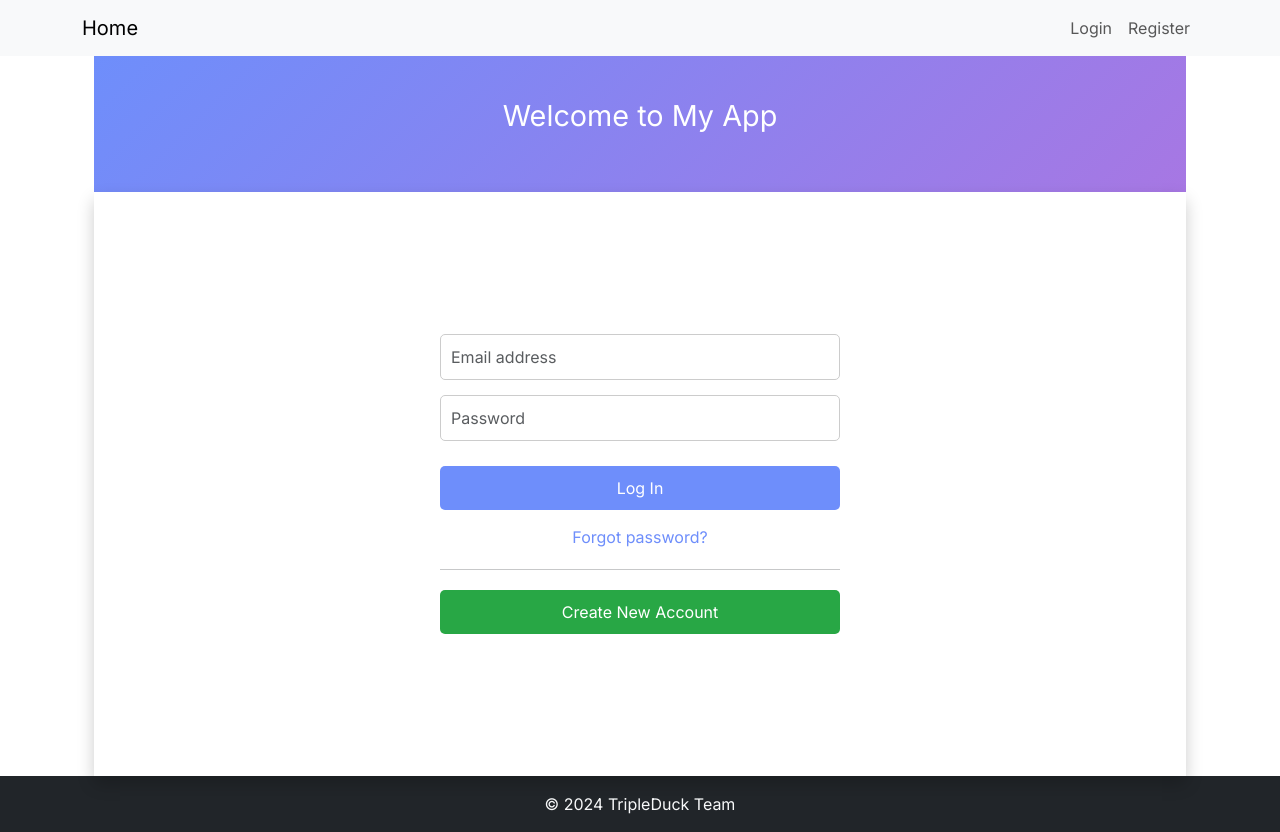
Repository: tdphong1293/KHDL01_DemoWebKafka
Page: /auth/login (app in Frontend_Client/)
These files come from the project's save history. The page is drawn as it stood at one moment and after a run of saves; the edit follows.
The browser window is 1280 px wide. The pictures show the whole page.
The project was rebuilt for these pictures with package versions that can differ from the ones it lists, and the page was loaded fresh each time. The framework's server and built-in components were replaced by stand-ins that run in the browser. Also part of the build but not shown: Frontend_Client/next.config.mjs.

Above is the page before, as saved 2024-07-22 15:34:21.

### Frontend_Client/src/app/layout.tsx
import type { Metadata } from "next";
import { Inter } from "next/font/google";
import 'bootstrap/dist/css/bootstrap.min.css';
// import "@/styles/globals.css";
import Header from "@/components/header";
import Footer from "@/components/footer";
import { Container } from "react-bootstrap";
import { ToastContainer } from 'react-toastify';
import 'react-toastify/dist/ReactToastify.css';

const inter = Inter({ subsets: ["latin"] });

export const metadata: Metadata = {
    title: "Create Next App",
    description: "Generated by create next app",
};

export default function RootLayout({
    children,
}: Readonly<{
    children: React.ReactNode;
}>) {
    return (
        <html lang="en">
            <body className={inter.className}>
                <Header />
                <Container>
                    {children}
                </Container>
                <Footer />
                <ToastContainer />
            </body>
        </html>
    );
}

### Frontend_Client/src/app/auth/login/page.tsx
// src/app/auth/login/page.tsx
'use client';

import { FC } from 'react';
import { Form, Button } from 'react-bootstrap';
import ClientLayout from '@/components/clientLayout';
import styles from '../../../styles/page.module.css';

const Login: FC = () => {
  const handleSubmit = (event: React.FormEvent<HTMLFormElement>) => {
    event.preventDefault();
    // Xử lý logic đăng nhập ở đây
  };

  return (
    <ClientLayout>
      <div className={styles.loginContainer}>
        <div className={styles.topPanel}>
          <p className={`${styles.description} ${styles.brand}`}>Welcome to My App</p>
        </div>
        <div className={styles.bottomPanel}>
          <Form onSubmit={handleSubmit} className={styles.loginForm}>
            <Form.Group controlId="formBasicEmail" className={styles.formGroup}>
              <Form.Control type="email" placeholder="Email address" required className={styles.input} />
            </Form.Group>

            <Form.Group controlId="formBasicPassword" className={styles.formGroup}>
              <Form.Control type="password" placeholder="Password" required className={styles.input} />
            </Form.Group>

            <Button variant="primary" type="submit" className={styles.loginButton}>
              Log In
            </Button>

            <div className={styles.forgotPassword}>
              <a href="#">Forgot password?</a>
            </div>

            <hr className={styles.separator} />

            <Button variant="success" className={styles.createAccountButton}>
              Create New Account
            </Button>
          </Form>
        </div>
      </div>
    </ClientLayout>
  );
};

export default Login;

### Frontend_Client/src/components/header.tsx
'use client'

import Container from 'react-bootstrap/Container';
import Nav from 'react-bootstrap/Nav';
import Navbar from 'react-bootstrap/Navbar';
import Link from "next/link";

function Header() {
    return (
        <Navbar expand="lg" className="bg-body-tertiary">
            <Container>
                <Navbar.Brand>
                    <Link href={"/"} className="navbar-brand">Home</Link>
                </Navbar.Brand>
                <Navbar.Toggle aria-controls="basic-navbar-nav" />
                <Navbar.Collapse id="basic-navbar-nav">
                    <Nav className="me-auto">
                        {/* Các liên kết khác nếu có */}
                    </Nav>
                    <Nav className="ms-auto"> {/* Đặt các liên kết ở góc phải */}
                        <Nav.Item>
                            <Link href={"/auth/login"} className="nav-link">Login</Link>
                        </Nav.Item>
                        <Nav.Item>
                            <Link href={"/auth/register"} className="nav-link">Register</Link>
                        </Nav.Item>
                    </Nav>
                </Navbar.Collapse>
            </Container>
        </Navbar>
    );
}

export default Header;

### Frontend_Client/src/components/footer.tsx
'use client'
export default function Footer() {
    return (
        <footer className="bg-dark text-light py-3" style={{ display: 'flex', alignItems: 'center', justifyContent: 'center' }}>
            &copy; 2024 TripleDuck Team
        </footer>
    );
};

### Frontend_Client/src/components/clientLayout.tsx
// src/components/ClientLayout.tsx
'use client';

import { Container } from 'react-bootstrap';
import Header from './header';
import Footer from './footer';
import { ReactNode } from 'react';

export default function ClientLayout({ children }: { children: ReactNode }) {
  return (
    <>
      <Container>
        {children}
      </Container>
    </>
  );
}

### Frontend_Client/src/styles/page.module.css
.main {
  display: flex;
  flex-direction: column;
  justify-content: space-between;
  align-items: center;
  padding: 6rem;
  min-height: 100vh;
}

.description {
  display: inherit;
  justify-content: inherit;
  align-items: inherit;
  font-size: 0.85rem;
  max-width: var(--max-width);
  width: 100%;
  z-index: 2;
  font-family: var(--font-mono);
}

.description a {
  display: flex;
  justify-content: center;
  align-items: center;
  gap: 0.5rem;
}

.description p {
  position: relative;
  margin: 0;
  padding: 1rem;
  background-color: rgba(var(--callout-rgb), 0.5);
  border: 1px solid rgba(var(--callout-border-rgb), 0.3);
  border-radius: var(--border-radius);
}

.code {
  font-weight: 700;
  font-family: var(--font-mono);
}

.grid {
  display: grid;
  grid-template-columns: repeat(4, minmax(25%, auto));
  max-width: 100%;
  width: var(--max-width);
}

.card {
  padding: 1rem 1.2rem;
  border-radius: var(--border-radius);
  background: rgba(var(--card-rgb), 0);
  border: 1px solid rgba(var(--card-border-rgb), 0);
  transition: background 200ms, border 200ms;
}

.card span {
  display: inline-block;
  transition: transform 200ms;
}

.card h2 {
  font-weight: 600;
  margin-bottom: 0.7rem;
}

.card p {
  margin: 0;
  opacity: 0.6;
  font-size: 0.9rem;
  line-height: 1.5;
  max-width: 30ch;
  text-wrap: balance;
}

.center {
  display: flex;
  justify-content: center;
  align-items: center;
  position: relative;
  padding: 4rem 0;
}

.center::before {
  background: var(--secondary-glow);
  border-radius: 50%;
  width: 480px;
  height: 360px;
  margin-left: -400px;
}

.center::after {
  background: var(--primary-glow);
  width: 240px;
  height: 180px;
  z-index: -1;
}

.center::before,
.center::after {
  content: "";
  left: 50%;
  position: absolute;
  filter: blur(45px);
  transform: translateZ(0);
}

.logo {
  position: relative;
}
/* Enable hover only on non-touch devices */
@media (hover: hover) and (pointer: fine) {
  .card:hover {
    background: rgba(var(--card-rgb), 0.1);
    border: 1px solid rgba(var(--card-border-rgb), 0.15);
  }

  .card:hover span {
    transform: translateX(4px);
  }
}

@media (prefers-reduced-motion) {
  .card:hover span {
    transform: none;
  }
}

/* Mobile */
@media (max-width: 700px) {
  .content {
    padding: 4rem;
  }

  .grid {
    grid-template-columns: 1fr;
    margin-bottom: 120px;
    max-width: 320px;
    text-align: center;
  }

  .card {
    padding: 1rem 2.5rem;
  }

  .card h2 {
    margin-bottom: 0.5rem;
  }

  .center {
    padding: 8rem 0 6rem;
  }

  .center::before {
    transform: none;
    height: 300px;
  }

  .description {
    font-size: 0.8rem;
  }

  .description a {
    padding: 1rem;
  }

  .description p,
  .description div {
    display: flex;
    justify-content: center;
    position: fixed;
    width: 100%;
  }

  .description p {
    align-items: center;
    inset: 0 0 auto;
    padding: 2rem 1rem 1.4rem;
    border-radius: 0;
    border: none;
    border-bottom: 1px solid rgba(var(--callout-border-rgb), 0.25);
    background: linear-gradient(
      to bottom,
      rgba(var(--background-start-rgb), 1),
      rgba(var(--callout-rgb), 0.5)
    );
    background-clip: padding-box;
    backdrop-filter: blur(24px);
  }

  .description div {
    align-items: flex-end;
    pointer-events: none;
    inset: auto 0 0;
    padding: 2rem;
    height: 200px;
    background: linear-gradient(
      to bottom,
      transparent 0%,
      rgb(var(--background-end-rgb)) 40%
    );
    z-index: 1;
  }
}

/* Tablet and Smaller Desktop */
@media (min-width: 701px) and (max-width: 1120px) {
  .grid {
    grid-template-columns: repeat(2, 50%);
  }
}

@media (prefers-color-scheme: dark) {
  .vercelLogo {
    filter: invert(1);
  }

  .logo {
    filter: invert(1) drop-shadow(0 0 0.3rem #ffffff70);
  }
}

@keyframes rotate {
  from {
    transform: rotate(360deg);
  }
  to {
    transform: rotate(0deg);
  }
}

/*Login*/
.loginContainer {
  display: flex;
  flex-direction: column;
  height: 100vh;
}

.topPanel {
  flex: 0.15;
  display: flex;
  align-items: center;
  justify-content: center;
  background: linear-gradient(135deg, #6e8efb, #a777e3);
  color: white;
  text-align: center;
  padding: 20px;
}

.bottomPanel {
  flex: 0.85;
  display: flex;
  align-items: center;
  justify-content: center;
  background: rgba(255, 255, 255, 0.8);
  box-shadow: 0 8px 16px rgba(0, 0, 0, 0.2);
  padding: 20px;
}

.brand {
  font-size: 2.5rem;
  /* margin-bottom: 20px; */
  animation: fadeInDown 1s ease-in-out;
}

.description {
  font-size: 1.8rem;
  /* margin-bottom: 40px; */
}

.loginForm {
  width: 100%;
  max-width: 400px;
  animation: fadeInUp 1s ease-in-out;
}

.formGroup {
  margin-bottom: 15px;
}

.input {
  padding: 10px;
  border-radius: 5px;
  border: 1px solid #ccc;
  transition: border-color 0.3s ease;
}

.input:focus {
  border-color: #6e8efb;
  outline: none;
}

.loginButton {
  width: 100%;
  padding: 10px;
  margin-top: 10px;
  background-color: #6e8efb;
  border: none;
  border-radius: 5px;
  transition: background-color 0.3s ease;
}

.loginButton:hover {
  background-color: #a777e3;
}

.forgotPassword {
  text-align: center;
  margin-top: 15px;
}

.forgotPassword a {
  color: #6e8efb;
  text-decoration: none;
  transition: color 0.3s ease;
}

.forgotPassword a:hover {
  color: #a777e3;
}

.separator {
  margin: 20px 0;
}

.createAccountButton {
  width: 100%;
  padding: 10px;
  background-color: #28a745;
  border: none;
  border-radius: 5px;
  transition: background-color 0.3s ease;
}

.createAccountButton:hover {
  background-color: #218838;
}

@keyframes fadeInDown {
  0% {
    opacity: 0;
    transform: translateY(-20px);
  }
  100% {
    opacity: 1;
    transform: translateY(0);
  }
}

@keyframes fadeInUp {
  0% {
    opacity: 0;
    transform: translateY(20px);
  }
  100% {
    opacity: 1;
    transform: translateY(0);
  }
}

After the next 3 saves:
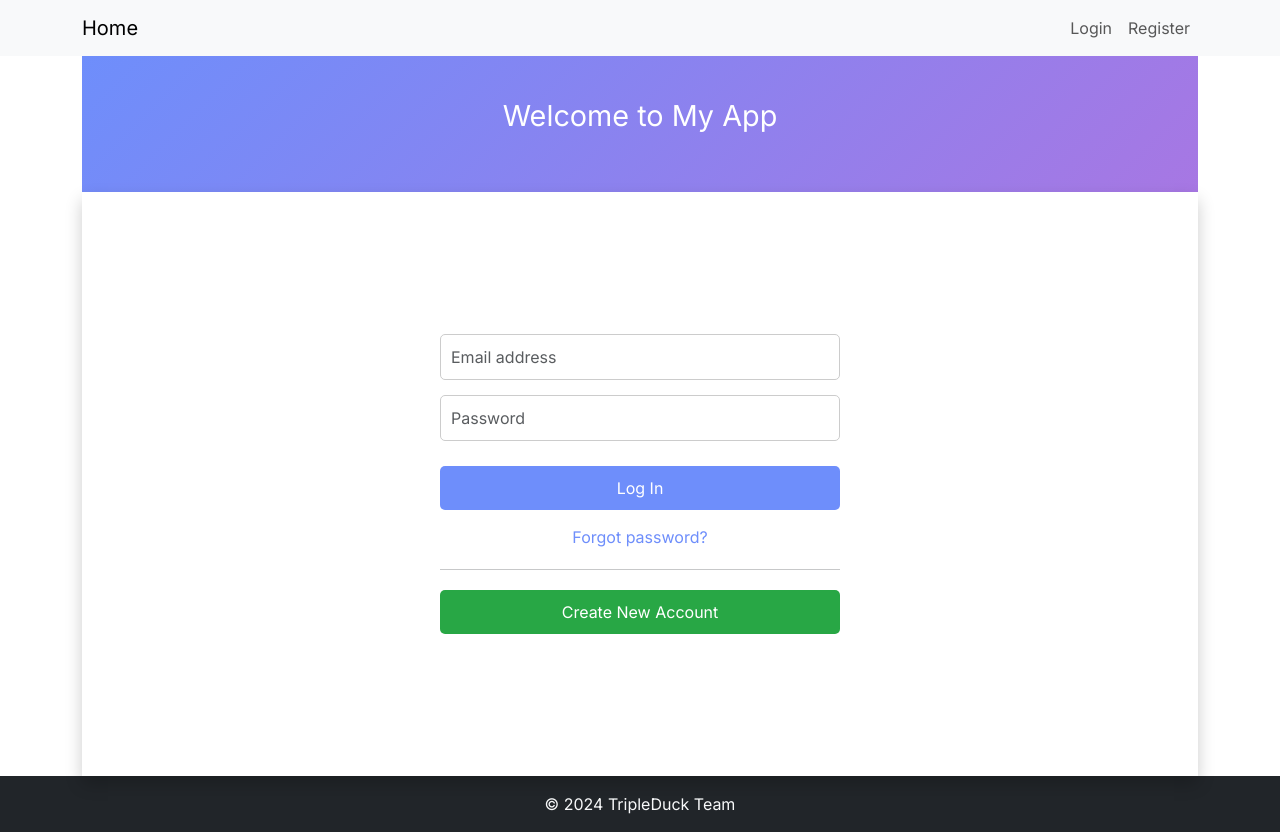
The 3 saves are shown as one change because 1 did not build or start and some came seconds apart.
The last was saved 11 min 7 s later.
--- a/Frontend_Client/src/app/auth/login/page.tsx
+++ b/Frontend_Client/src/app/auth/login/page.tsx
@@ -13,7 +13,7 @@ const Login: FC = () => {
   };
 
   return (
-    <ClientLayout>
+    // <ClientLayout>
       <div className={styles.loginContainer}>
         <div className={styles.topPanel}>
           <p className={`${styles.description} ${styles.brand}`}>Welcome to My App</p>
@@ -44,7 +44,7 @@ const Login: FC = () => {
           </Form>
         </div>
       </div>
-    </ClientLayout>
+    /* </ClientLayout> */
   );
 };
 
